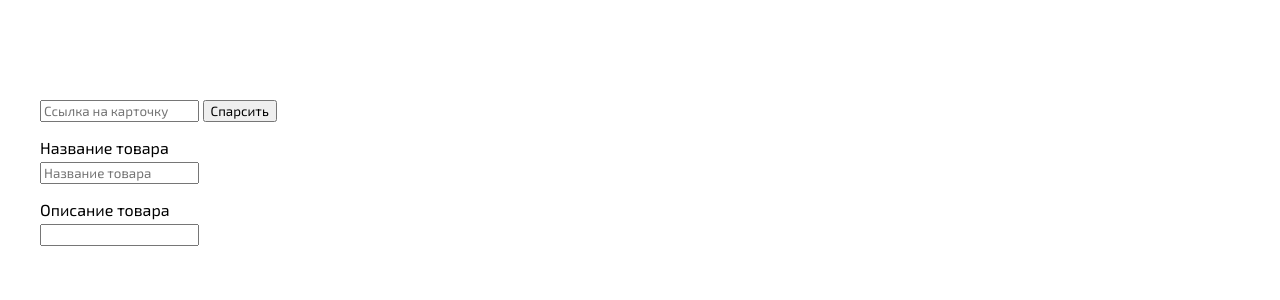
Repository: yozuul/wildberries-product-card-parser-api-exchange
Page: public/index.html
These files come from the project's save history. The page is drawn as it stood at one moment and after the next save; the edit follows.
The browser window is 1280 px wide. The pictures show the whole page.

Above is the page before, as saved 2021-08-18 17:34:43.

After the next save:
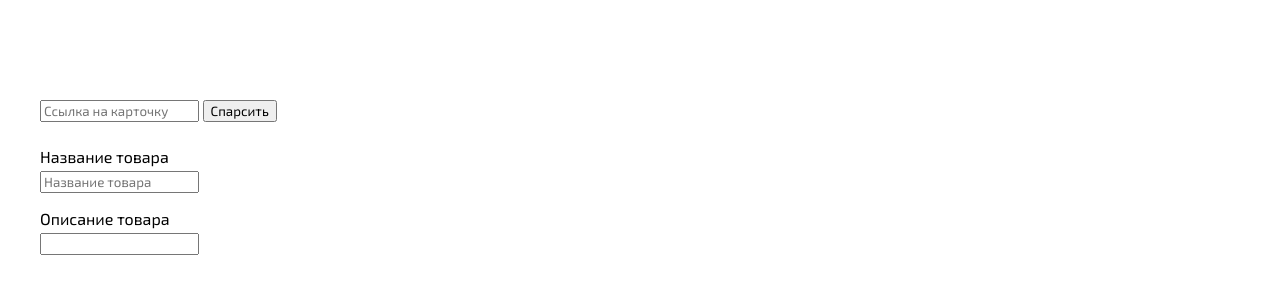
Saved 5 s later.
--- a/public/style.css
+++ b/public/style.css
@@ -15,7 +15,7 @@ body {
 }
 
 .productForm {
-   margin-top: 15px;
+   margin-top: 25px;
 }
 .productForm p {
    margin-bottom: 5px;
